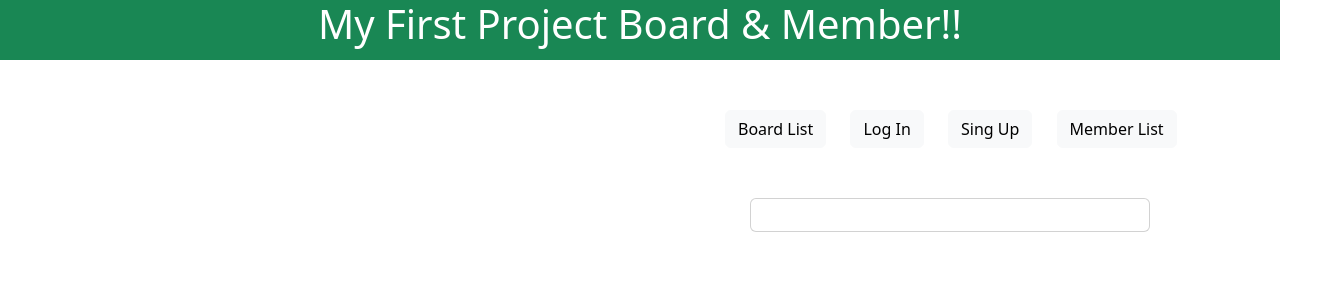
Repository: Raneechoi/java2022_09_03
Page: http://localhost/Project/mem/login_auth
An editor plug-in stored every save of this project. The page is shown before and after the next save, followed by the edit.
The browser window is 1280 px wide. The page is 1325 px wide, so the pictures cover 1325 px, including what lies to the right of the window. The pictures show the whole page.
The page is served by Tomcat 9. Queries for data that is not in the repository find no rows.

Above is the page before, as saved 2022-12-08 06:50:52.

After the next save:
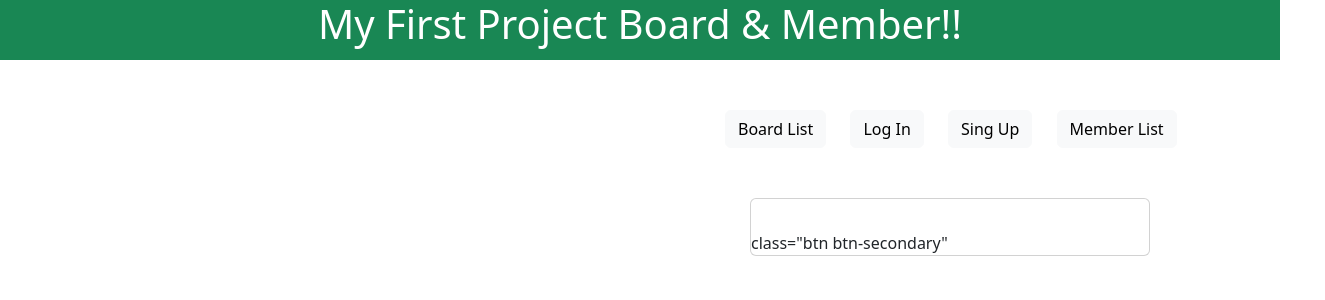
Saved 51 s later.
--- a/JSP_Board&Member/Project/src/main/webapp/index.jsp
+++ b/JSP_Board&Member/Project/src/main/webapp/index.jsp
@@ -37,12 +37,12 @@
 			<a href="/bor/register" ><button class="btn btn-light" style="margin-top: 20px">Board Register</button></a>
 			<a href="/bor/list"><button class="btn btn-light" style="margin-top: 20px">My Board List</button></a><br>
 		</c:if>
-	</div>
+	</div>class="btn btn-secondary"
 </div>
 
 <div style="margin-left: 900px; margin-top: 50px; ">
 	<c:if test="${ses.email ne null && ses.email ne '' }">
-		<a href="/mem/remove?email=${ses.email }"><button class="btn btn-outline-secondary">회원탈퇴</button></a>
+		<a href="/mem/remove?email=${ses.email }"><button class="btn btn-light">회원탈퇴</button></a>
 	</c:if>
 </div>
 </body>

After the save that followed:
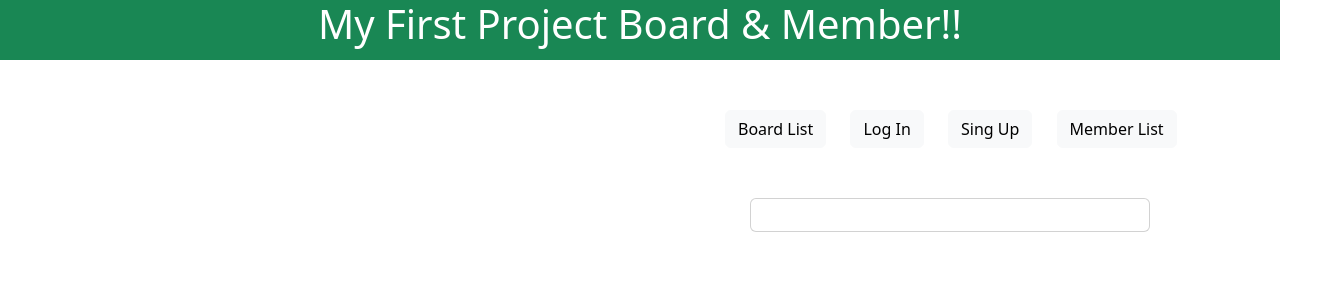
Saved 23 s later.
--- a/JSP_Board&Member/Project/src/main/webapp/index.jsp
+++ b/JSP_Board&Member/Project/src/main/webapp/index.jsp
@@ -29,15 +29,15 @@
 			${ses.email } login 하였습니다. <br>
 			계정생성일 : ${ses.reg_at } <br>
 			마지막 접속 : ${ses.last_login } <br>
-			<a href="/mem/modify?email=${ses.email }"><button type="button" class="btn btn-light" style="margin-top: 20px">회원정보 수정</button></a>
-			<a href="/mem/logout?email=${ses.email }"><button type="button" class="btn btn-light" style="margin-top: 20px">로그아웃</button></a><br>
+			<a href="/mem/modify?email=${ses.email }"><button type="button" class="btn btn-secondary" style="margin-top: 20px">회원정보 수정</button></a>
+			<a href="/mem/logout?email=${ses.email }"><button type="button" class="btn btn-secondary" style="margin-top: 20px">로그아웃</button></a><br>
 		</c:if>
 
 		<c:if test="${ses.email ne null && ses.email ne '' }">
-			<a href="/bor/register" ><button class="btn btn-light" style="margin-top: 20px">Board Register</button></a>
-			<a href="/bor/list"><button class="btn btn-light" style="margin-top: 20px">My Board List</button></a><br>
+			<a href="/bor/register" ><button class="btn btn-secondary" style="margin-top: 20px">Board Register</button></a>
+			<a href="/bor/list"><button class="btn btn-secondary" style="margin-top: 20px">My Board List</button></a><br>
 		</c:if>
-	</div>class="btn btn-secondary"
+	</div>
 </div>
 
 <div style="margin-left: 900px; margin-top: 50px; ">
